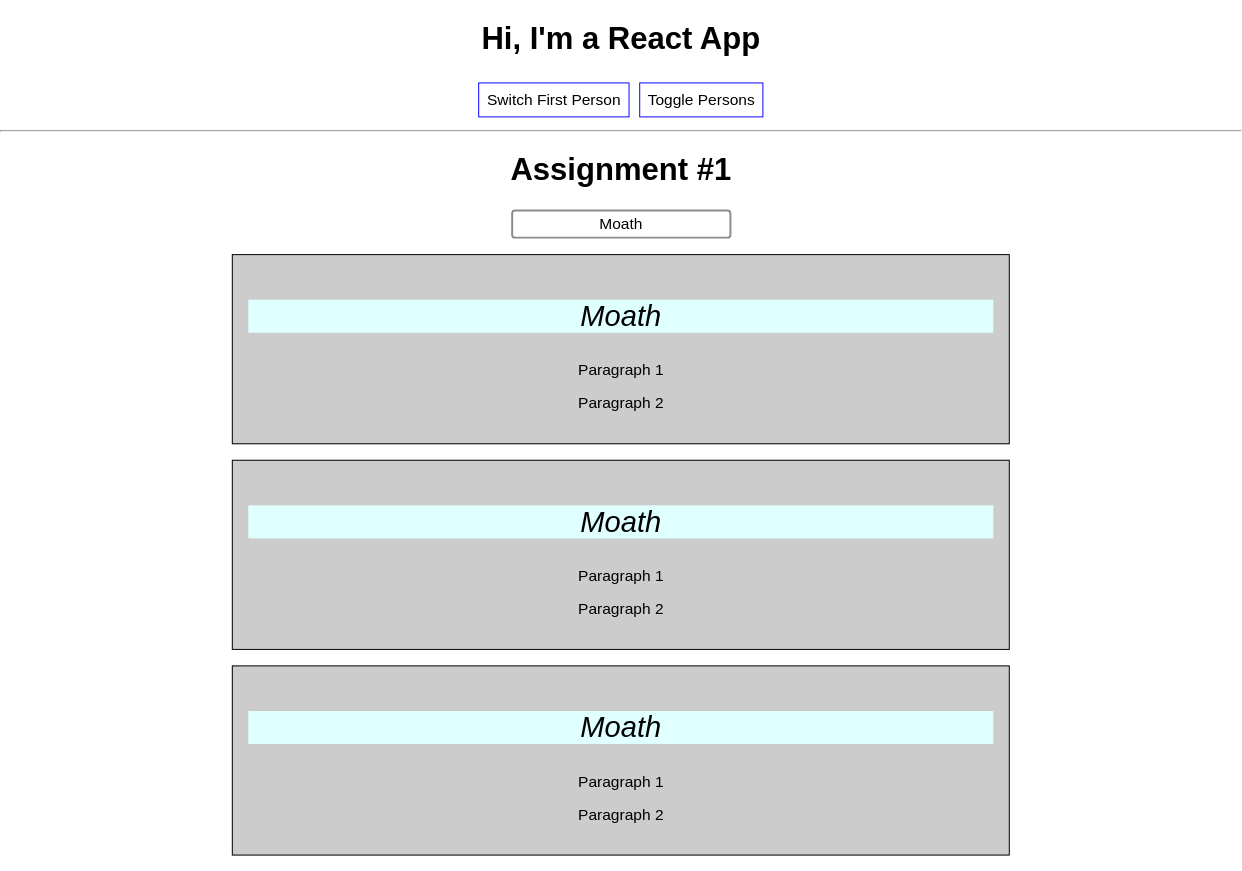
Repository: MuathYHKefayah/React-Basics
Page: /
An editor plug-in stored every save of this project. The page is shown before and after the next save, followed by the edit.
The browser window is 1280 px wide. The pictures show the whole page, at 97% of full size.
The project was rebuilt for these pictures with package versions that can differ from the ones it lists, and the page was loaded fresh each time. Also part of the build but not shown: src/Person/Person.css, src/Person/Person.js.

Above is the page before, as saved 2020-12-12 15:23:09.

After the next save:
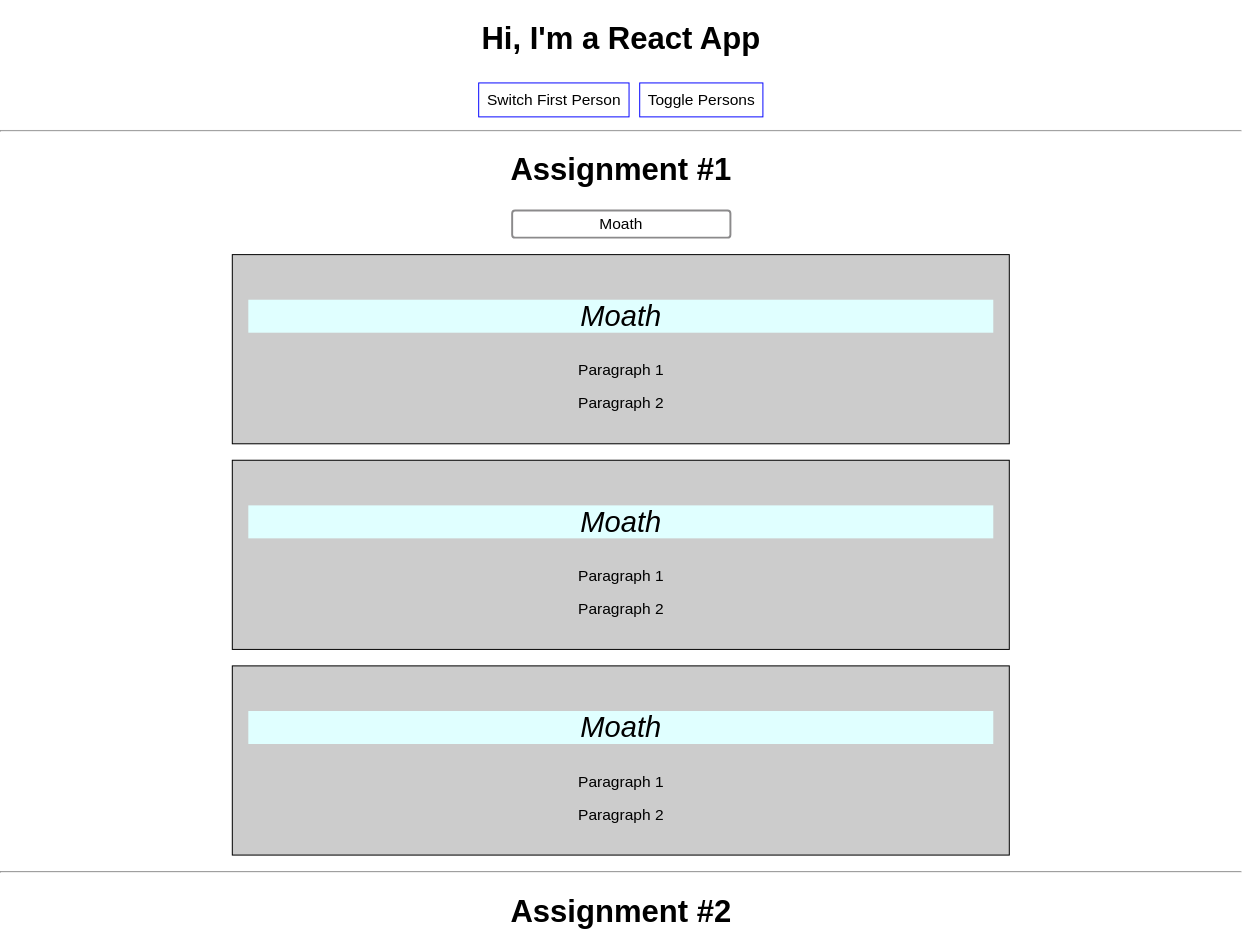
Saved 30 s later.
--- a/src/App.js
+++ b/src/App.js
@@ -161,7 +161,8 @@ class App extends Component {
         <UserOutput name={this.state.username}/>
         <UserOutput name={this.state.username}/>
         <UserOutput name={this.state.username}/>
-
+        <hr/>
+        <h1>Assignment #2</h1>
       </div>
     );
     //return React.createElement('div', {className: 'App'} , React.createElement('h1', null , 'Hi, I\'m a React App !!!' ))
